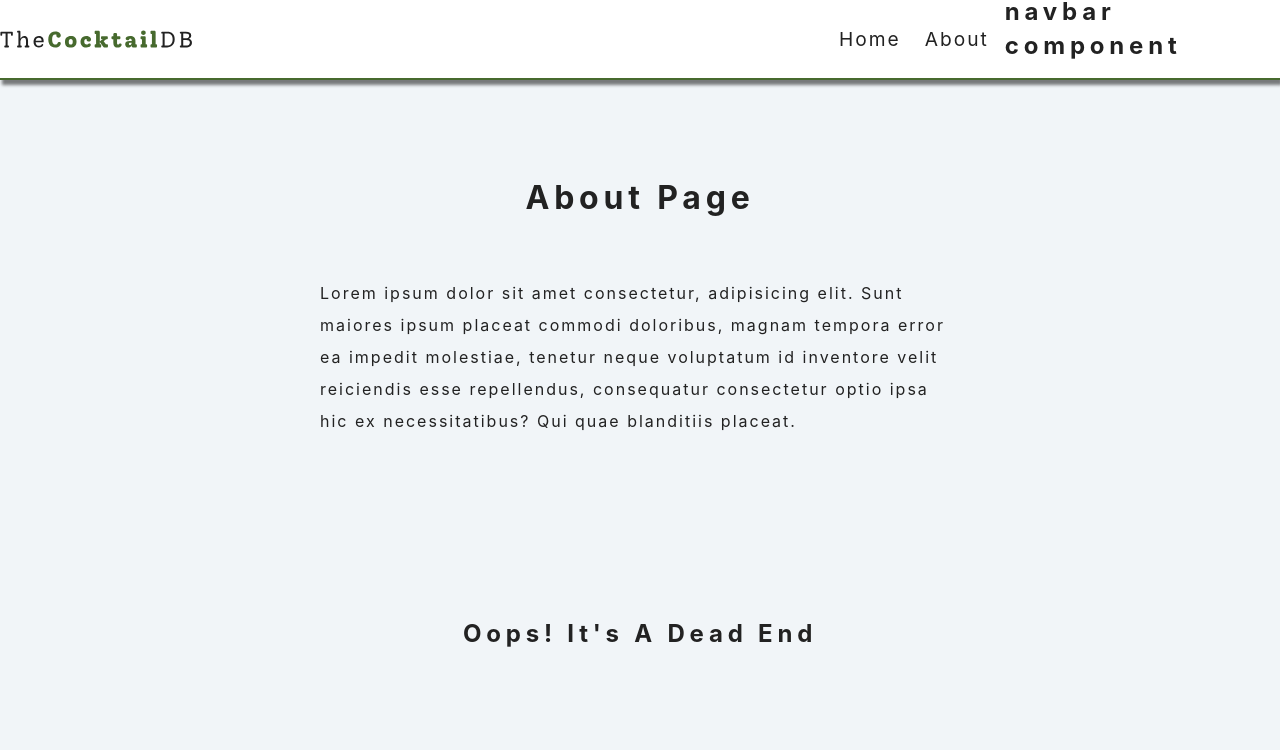
Repository: davidaloba/cocktails
Page: /about
These files come from the project's save history. The page is drawn as it stood at one moment and after the next save; the edit follows.
The browser window is 1280 px wide. The pictures show the whole page.
The project was rebuilt for these pictures with package versions that can differ from the ones it lists, and the page was loaded fresh each time. Also part of the build but not shown: src/components/SearchForm.js, src/pages/Home.js, src/components/Loading.js, src/pages/SingleCocktail.js. Imported but missing from the stored project, and not drawn on this page: src/components/CocktailList.

Above is the page before, as saved 2022-01-13 21:58:59.

### src/App.js
import React from "react";
import { BrowserRouter as Router, Route, Switch } from "react-router-dom";
// import pages
import Home from "./pages/Home";
import About from "./pages/About";
import SingleCocktail from "./pages/SingleCocktail";
import Error from "./pages/Error";
// import components
import Navbar from "./components/Navbar";
function App() {
  return (
    <div>
      <Router>
        <Navbar />
        <switch>
          <Route exact path="/">
            <Home />
          </Route>
          <Route path="/about">
            <About />
          </Route>
          <Route path="/cocktail/:id">
            <SingleCocktail />
          </Route>
          <Route path="*">
            <Error />
          </Route>
        </switch>
      </Router>
    </div>
  );
}

export default App;

### src/pages/About.js
import React from "react";

const About = () => {
  return (
    <section className="section about-section">
      <h1 className="section-title">about page</h1>
      <p>
        Lorem ipsum dolor sit amet consectetur, adipisicing elit. Sunt maiores
        ipsum placeat commodi doloribus, magnam tempora error ea impedit
        molestiae, tenetur neque voluptatum id inventore velit reiciendis esse
        repellendus, consequatur consectetur optio ipsa hic ex necessitatibus?
        Qui quae blanditiis placeat.
      </p>
    </section>
  );
};

export default About;

### src/pages/Error.js
import React from "react";
import { Link } from "react-router-dom";

const Error = () => {
  return (
    <section className="error-page section">
      <div className="error-container">
        <h1>Oops! it's a dead end</h1>
      </div>
    </section>
  );
};

export default Error;

### src/components/Navbar.js
import React from "react";
import { Link } from "react-router-dom";
import logo from "../logo.svg";

const Navbar = () => {
  return (
    <nav className="navbar">
      <div className="nav-center">
        <Link to="/">
          <img src={logo} alt="cocktail db logo" className="logo"></img>
        </Link>
        <ul className="nav-links">
          <li>
            <Link to="/">Home</Link>
          </li>
          <li>
            <Link to="/about">About</Link>
          </li>
        </ul>
      </div>
      <h2>navbar component</h2>
    </nav>
  );
};

export default Navbar;

Loaded but not shown: public/index.html (common file); src/index.js (common file); src/index.css (common file); src/context.js (common file)

After the next save:
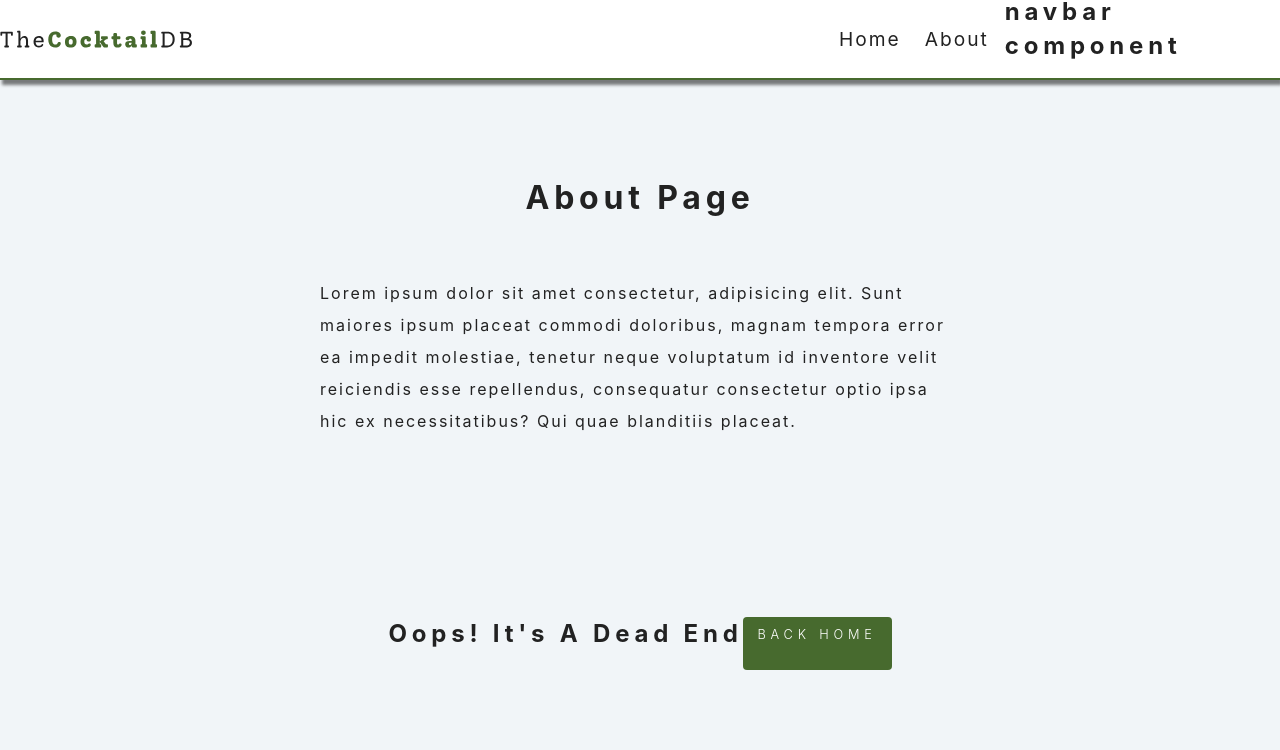
Saved 67 s later.
--- a/src/pages/Error.js
+++ b/src/pages/Error.js
@@ -7,6 +7,9 @@ const Error = () => {
       <div className="error-container">
         <h1>Oops! it's a dead end</h1>
       </div>
+      <Link to="/" className="btn btn-primary">
+        back home
+      </Link>
     </section>
   );
 };
